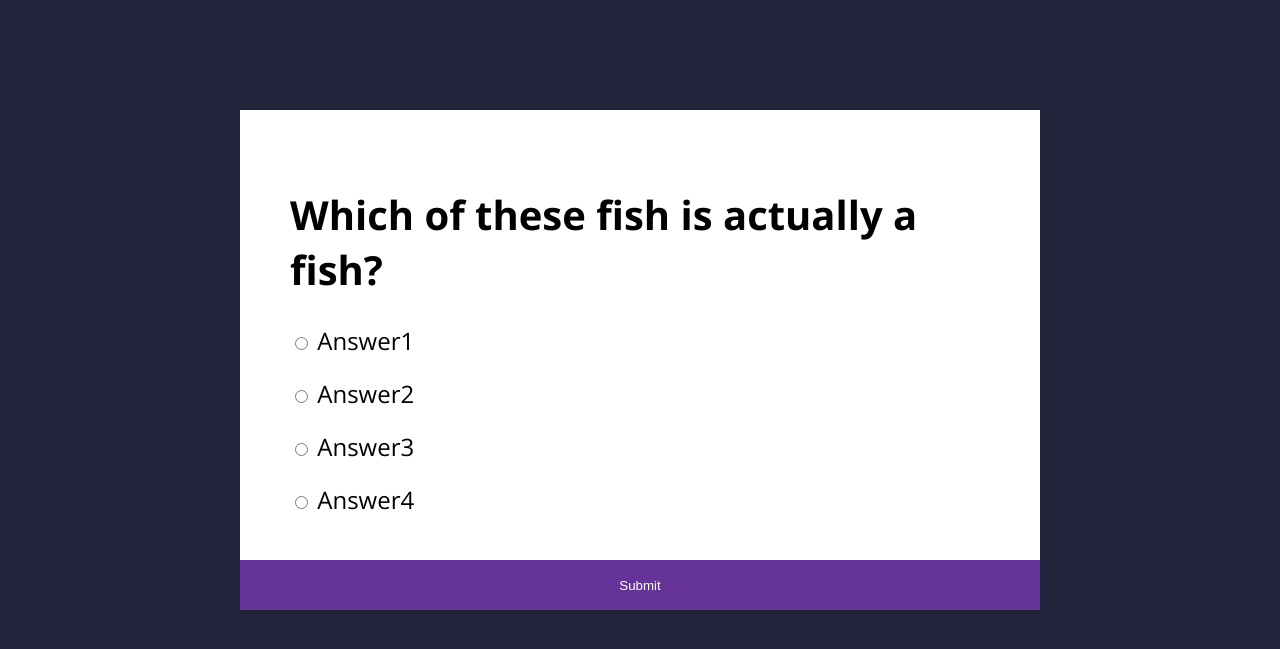
Repository: Wanglongzhi2001/Learn-javascript
Page: quiz/quiz.html
An editor plug-in stored every save of this project. The page is shown before and after the next save, followed by the edit.
The browser window is 1280 px wide. The pictures show the whole page.

Above is the page before, as saved 2023-02-02 19:39:15.

### quiz/quiz.html
<html lang="en">
<head>
    <meta charset="UTF-8">
    <meta http-equiv="X-UA-Compatible" content="IE=edge">
    <meta name="viewport" content="width=device-width, initial-scale=1.0">
    <!-- 使用谷歌字体 -->
    <link
      href="https://fonts.googleapis.com/css2?family=Open+Sans:wght@300;400;500;600;700;800&display=swap"
      rel="stylesheet"
    />
    <link rel="stylesheet" href="./quiz.css">
    <title>quiz project</title>
</head>
<body>
    <div class="container">
        <div class="game">
            <div class="content">
                <h1 class="question">Which of these fish is actually a fish?</h1>
                <div class="answers">
                    <div class="answer">
                        <input type="radio" id="answer1" value="false">
                        <label for="answer1">Answer1</label>
                    </div>
                </div>
                <div class="answers">
                    <div class="answer">
                        <input type="radio" id="answer2" value="false">
                        <label for="answer2">Answer2</label>
                    </div>
                </div>
                <div class="answers">
                    <div class="answer">
                        <input type="radio" id="answer3" value="false">
                        <label for="answer3">Answer3</label>
                    </div>
                </div>
                <div class="answers">
                    <div class="answer">
                        <input type="radio" id="answer4" value="false">
                        <label for="answer4">Answer4</label>
                    </div>
                </div>
            </div>
            <button class="submit">Submit</button>
        </div>
        <div class="result">
            <h1>Congratulations</h1>
            <h3 class="correct">Correct Answers: 0</h3>
            <h3 class="wrong">Wrong Answers: 0</h3>
            <h2 class="score">Score: -30</h2>
            <button class="play">Play Again</button>
        </div>
    </div>
    <script src="./quiz.js"></script>
</body>
</html>

### quiz/quiz.css
body{
    background-color: #22223b;
    display: flex;
    align-items: center;
    justify-content: center;
    font-family: "Open Sans", sans-serif;
}

.container{
    width: 800px;
    height: 500px;
    background-color: white;
    position: relative; /* 调整为相对位置使得提交按钮在contiainer底部而不是页面底部 */
}

.content{
    padding: 50px;
}

/* 调整问题字体大小 */
.question{
    font-size: 40px;
}

.answer{
    font-size: 24px;
    margin-bottom: 20px;
}
/* 使用绝对位置调整submit按钮位置 */
.submit{
    background-color: rebeccapurple;
    color: white;
    border: none;
    width: 100%;;
    height: 50px;
    cursor: pointer;
    position:absolute;
    bottom: 0;
}

.result{
    display: none;
}

Loaded but not shown: quiz/quiz.js (no stored copy; drawn as an empty file)

After the next save:
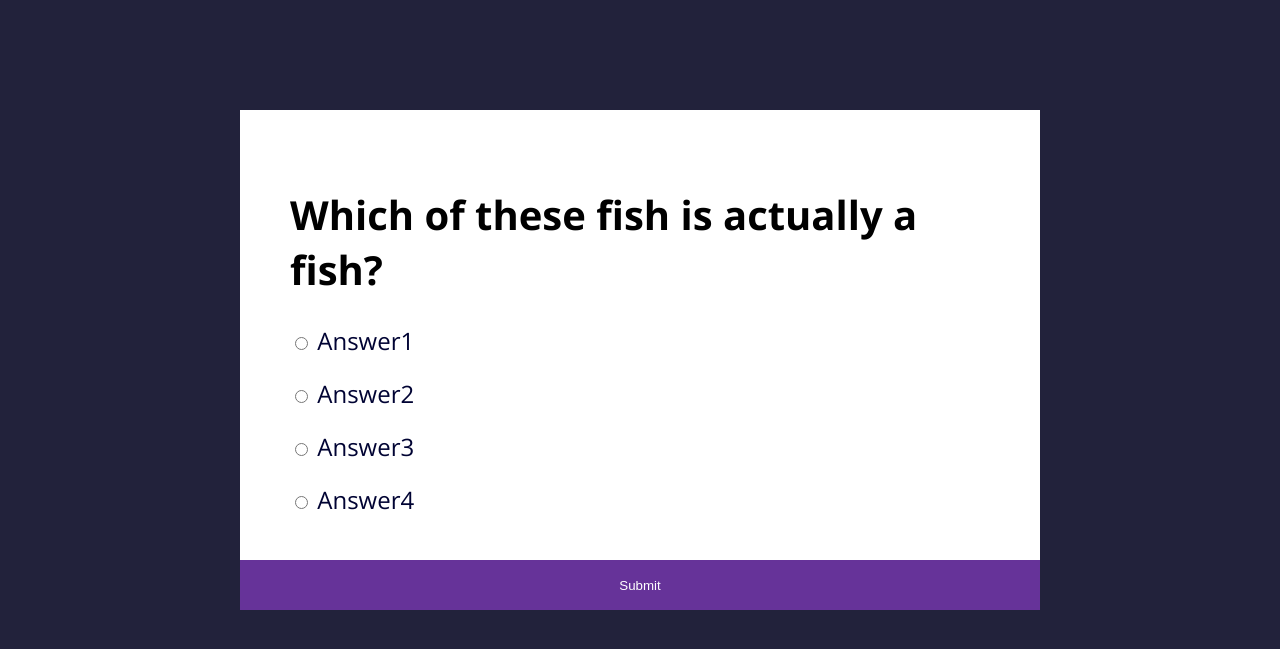
Saved 22 s later.
--- a/quiz/quiz.css
+++ b/quiz/quiz.css
@@ -25,6 +25,7 @@ body{
 .answer{
     font-size: 24px;
     margin-bottom: 20px;
+    color:333;
 }
 /* 使用绝对位置调整submit按钮位置 */
 .submit{
